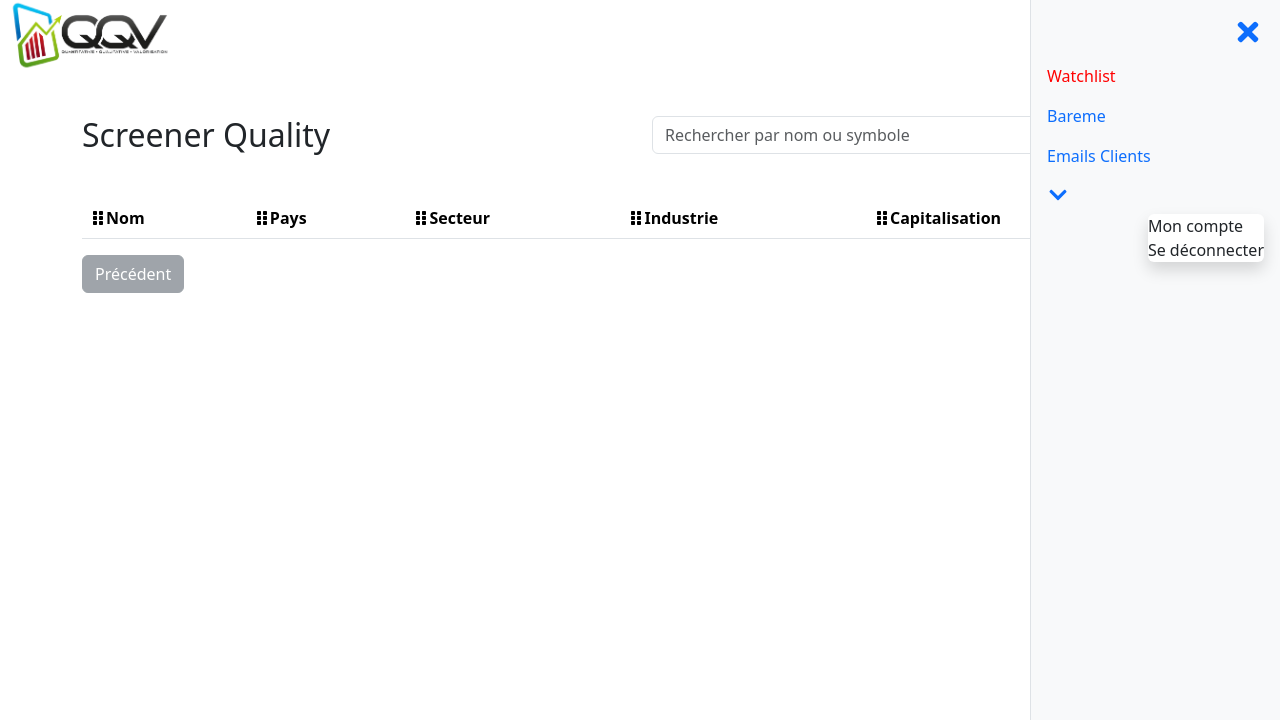
Repository: adamaadev/comeup
Page: /watchlist (app in admin/), after clicking the first element matching `button.btn`
These files come from the project's save history. The page is drawn as it stood at one moment and after a run of saves; the edit follows.
The browser window is 1280 px wide. The pictures show the whole page.
The page's requests for data from a server got no answer. The project was rebuilt for these pictures with package versions that can differ from the ones it lists, and the page was loaded fresh each time. No one was signed in, and anything a server would have sent is missing. Also part of the build but not shown: admin/src/pages/Auth/Login.js, admin/src/pages/Home/Prix.js, admin/src/pages/Home/Douve.js, admin/src/pages/Home/Scenario.js, admin/src/pages/Services/Questions.js, admin/src/pages/Home/Analyse.js, admin/src/pages/Home/Foire.js, admin/src/pages/Home/Quali.js and 9 more.

Above is the page before, as saved 2024-09-09 16:59:17.

After the next 2 saves:
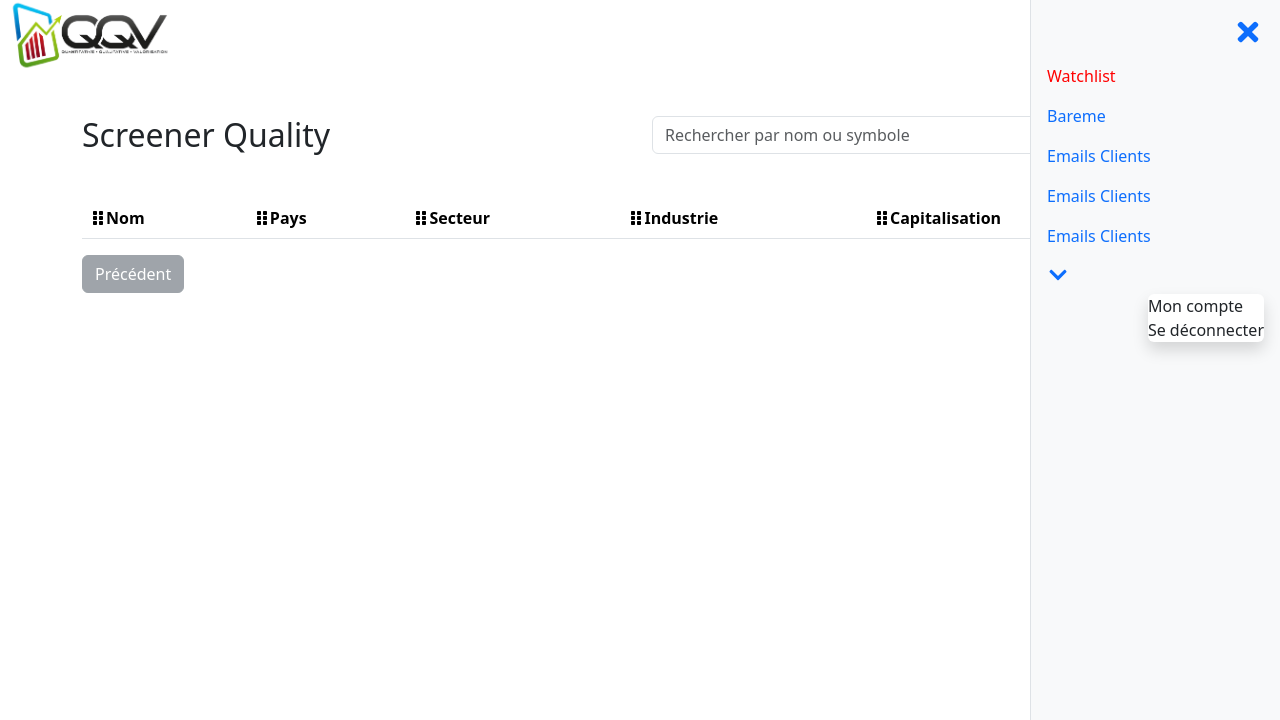
The 2 saves are shown as one change because they came seconds apart.
The last was saved 23 s later.
--- a/admin/src/pages/Home/Home.js
+++ b/admin/src/pages/Home/Home.js
@@ -70,6 +70,8 @@ export default function Home() {
             <NavLink to={'/watchlist'} style={{ textDecoration: 'none' }} className="mb-3">Watchlist</NavLink>
             <NavLink to={'/bareme'} style={{ textDecoration: 'none' }} className="mb-3">Bareme</NavLink>
             <NavLink to={'/gestion'} style={{ textDecoration: 'none' }} className="mb-3">Emails Clients</NavLink>
+            <NavLink to={'/gestion'} style={{ textDecoration: 'none' }} className="mb-3">Emails Clients</NavLink>
+            <NavLink to={'/gestion'} style={{ textDecoration: 'none' }} className="mb-3">Emails Clients</NavLink>
             <div className="d-flex align-items-center position-relative">
               <button onClick={() => setIsMenuOpen(!isMenuOpen)} className="btn btn-link p-0 d-flex align-items-center" style={{ textDecoration: 'none' }}>
                 {name}
